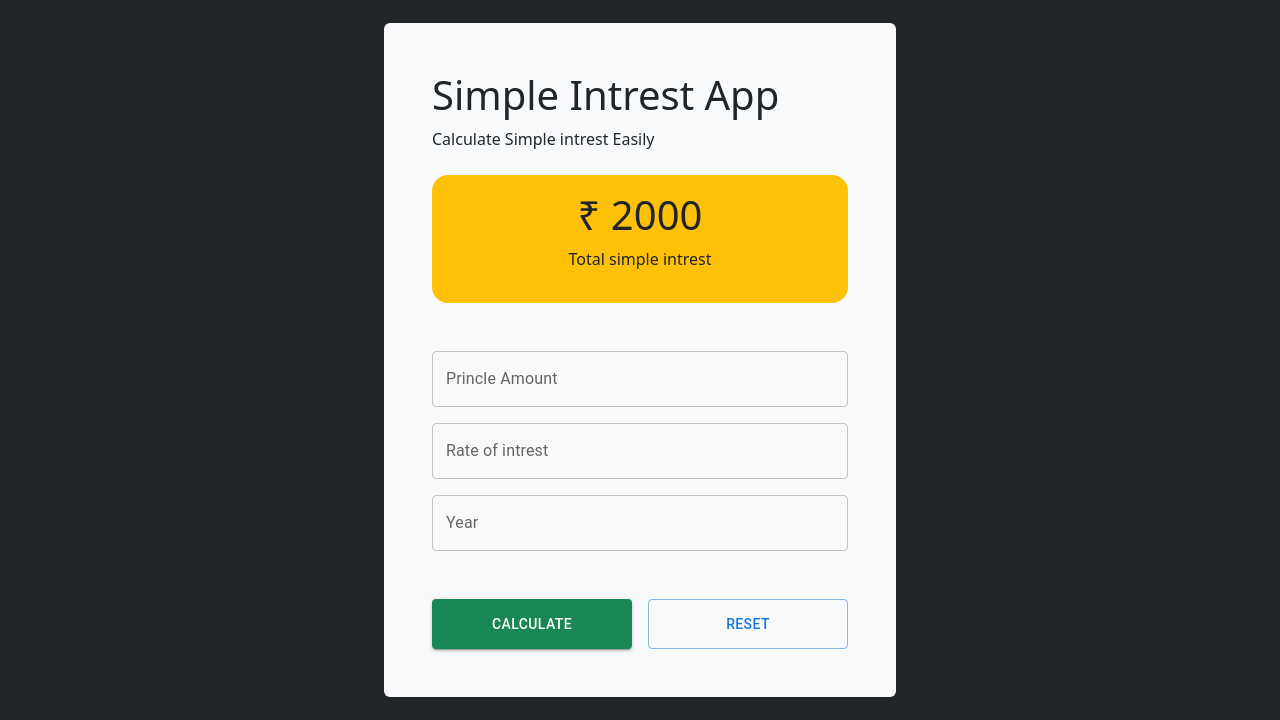
Repository: Afraz13/simple-intrest
Page: /
An editor plug-in stored every save of this project. The page is shown before and after the next save, followed by the edit.
The browser window is 1280 px wide. The pictures show the whole page.
The project was rebuilt for these pictures with package versions that can differ from the ones it lists, and the page was loaded fresh each time. Also part of the build but not shown: src/index.css, src/App.css.

Above is the page before, as saved 2024-07-16 10:57:52.

After the next save:
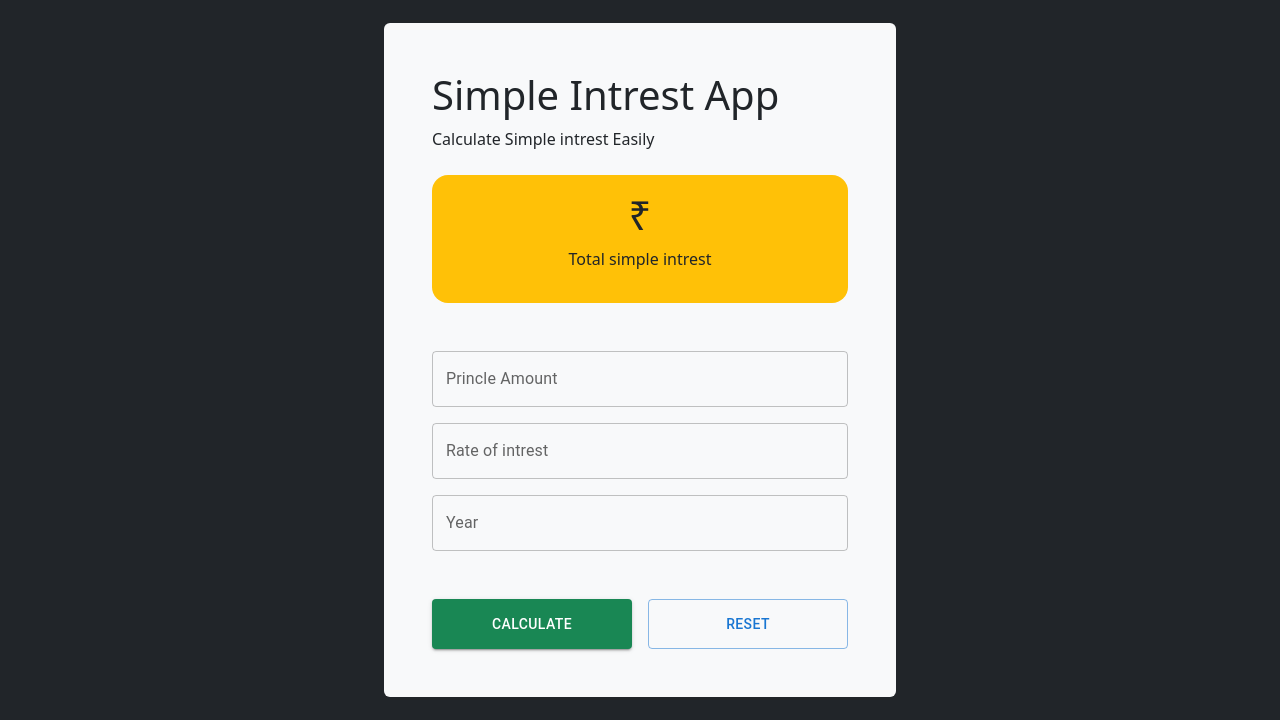
Saved 28 s later.
--- a/src/App.js
+++ b/src/App.js
@@ -20,7 +20,7 @@ function App() {
     <h1>Simple Intrest App</h1>
     <p>Calculate Simple intrest Easily</p>
     <div className='bg-warning d-flex justify-content-center align-items-center p-3 flex-column rounded-4 mt-4 '>
-      <h1>₹ 2000</h1>
+      <h1>₹ {}</h1>
       <p>Total simple intrest</p>
     </div>
     <form action="" className='mt-5'>
